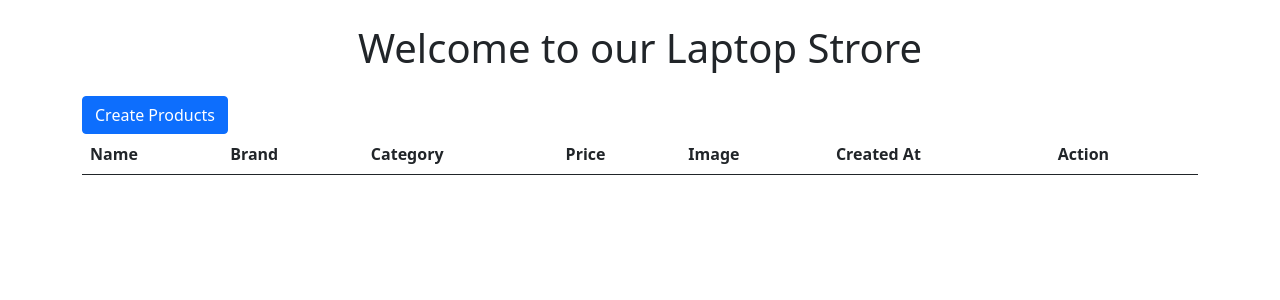
Repository: SulemanBhasha/Crud-App-By-SpringBoot
Page: http://localhost/Products/index
The author's editor kept a copy of each file at every save. The page is drawn from the files as they stood at one save, then again after the next save.
The browser window is 1280 px wide. The pictures show the whole page.
The page is this project's Thymeleaf template; nobody is signed in. The template is opened directly, without the code that normally fills it, so the values that code supplies are empty.

Above is the page before, as saved 2024-04-22 19:08:52.

### LaptopStore/bestlaptopstore/src/main/resources/templates/Products/index.html
<!doctype html>
<html lang="en">
  <head>
    <!-- Required meta tags -->
    <meta charset="utf-8">
    <meta name="viewport" content="width=device-width, initial-scale=1">

    <!-- Bootstrap CSS -->
    <link href="https://cdn.jsdelivr.net/npm/bootstrap@5.0.2/dist/css/bootstrap.min.css" rel="stylesheet" integrity="sha384-EVSTQN3/azprG1Anm3QDgpJLIm9Nao0Yz1ztcQTwFspd3yD65VohhpuuCOmLASjC" crossorigin="anonymous">

    <title>create product</title>
  </head>
  <body>

 	<div class="container">
		 <h1 class="text-center my-4 ">Welcome to our Laptop Strore</h1>
		 <a href="/products/create" class="btn btn-primary"> Create Products</a>

		 <table class="table">
			 <thead>
				 <tr>
					 <th>Name</th>
					 <th>Brand</th>
					 <th>Category</th>
					 <th>Price</th>
					 <th>Image</th>
					 <th>Created At</th>
					 <th>Action</th>
				 </tr>
			 </thead>
			 <tbody>

			 </tbody>
		 </table>
	 </div>























    <!-- Option 1: Bootstrap Bundle with Popper -->
    <script src="https://cdn.jsdelivr.net/npm/bootstrap@5.0.2/dist/js/bootstrap.bundle.min.js" integrity="sha384-MrcW6ZMFYlzcLA8Nl+NtUVF0sA7MsXsP1UyJoMp4YLEuNSfAP+JcXn/tWtIaxVXM" crossorigin="anonymous"></script>

    <!-- Option 2: Separate Popper and Bootstrap JS -->
    <!--
    <script src="https://cdn.jsdelivr.net/npm/@popperjs/core@2.9.2/dist/umd/popper.min.js" integrity="sha384-IQsoLXl5PILFhosVNubq5LC7Qb9DXgDA9i+tQ8Zj3iwWAwPtgFTxbJ8NT4GN1R8p" crossorigin="anonymous"></script>
    <script src="https://cdn.jsdelivr.net/npm/bootstrap@5.0.2/dist/js/bootstrap.min.js" integrity="sha384-cVKIPhGWiC2Al4u+LWgxfKTRIcfu0JTxR+EQDz/bgldoEyl4H0zUF0QKbrJ0EcQF" crossorigin="anonymous"></script>
    -->
  </body>
</html>

After the next save:
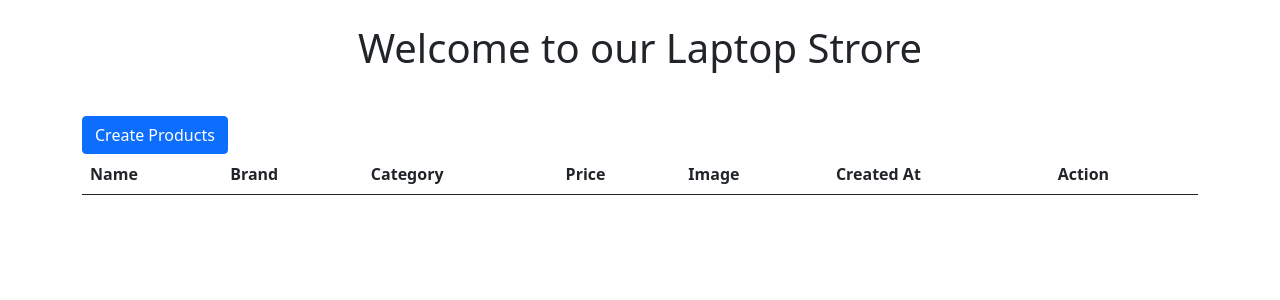
Saved 18 s later.
--- a/LaptopStore/bestlaptopstore/src/main/resources/templates/Products/index.html
+++ b/LaptopStore/bestlaptopstore/src/main/resources/templates/Products/index.html
@@ -13,7 +13,7 @@
   <body>
 
  	<div class="container">
-		 <h1 class="text-center my-4 ">Welcome to our Laptop Strore</h1>
+		 <h1 class="text-center my-4 " style="padding-bottom: 20px;">Welcome to our Laptop Strore</h1>
 		 <a href="/products/create" class="btn btn-primary"> Create Products</a>
 
 		 <table class="table">
